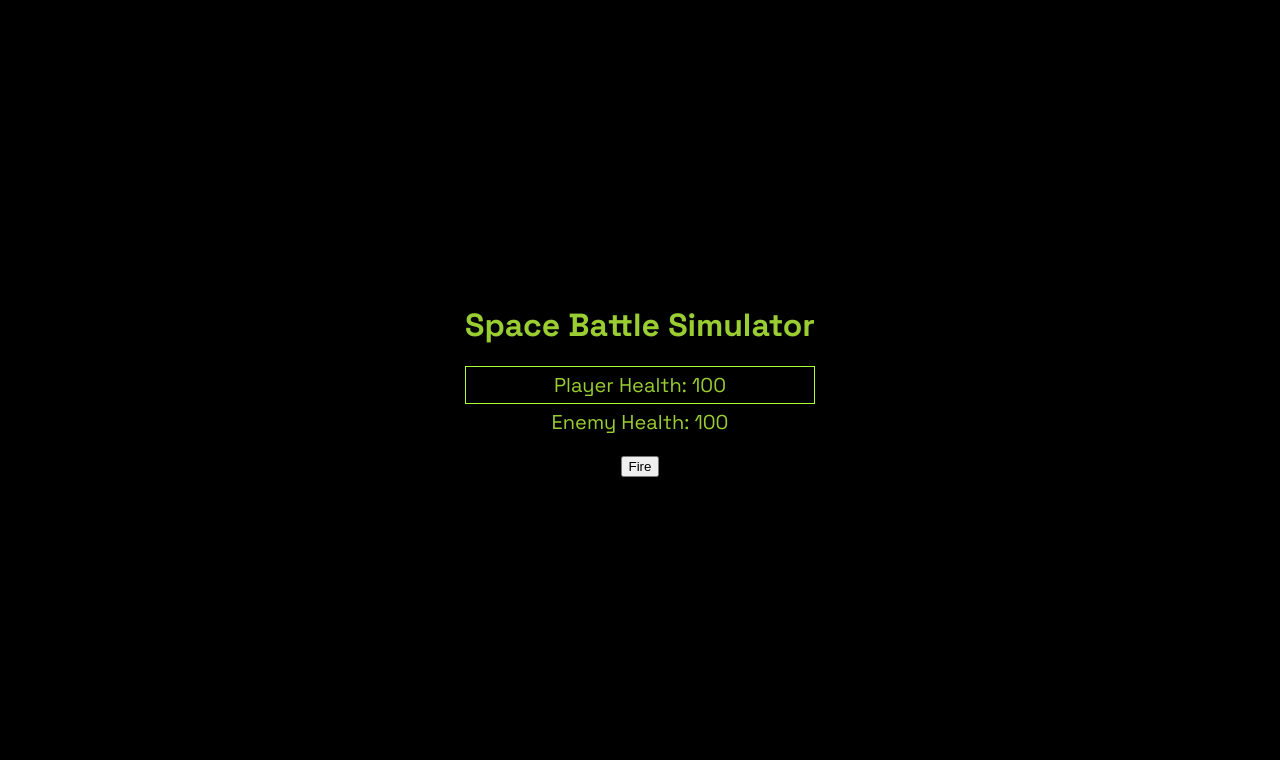
Repository: rmdayberry/Space-Battle
Page: /
The author's editor kept a copy of each file at every save. The page is drawn from the files as they stood at one save, then again after the next save.
The browser window is 1280 px wide. The pictures show the whole page.
The project was rebuilt for these pictures with package versions that can differ from the ones it lists, and the page was loaded fresh each time. Also part of the build but not shown: vite.config.js, src/App.css.

Above is the page before, as saved 2024-08-24 10:48:43.

After the next save:
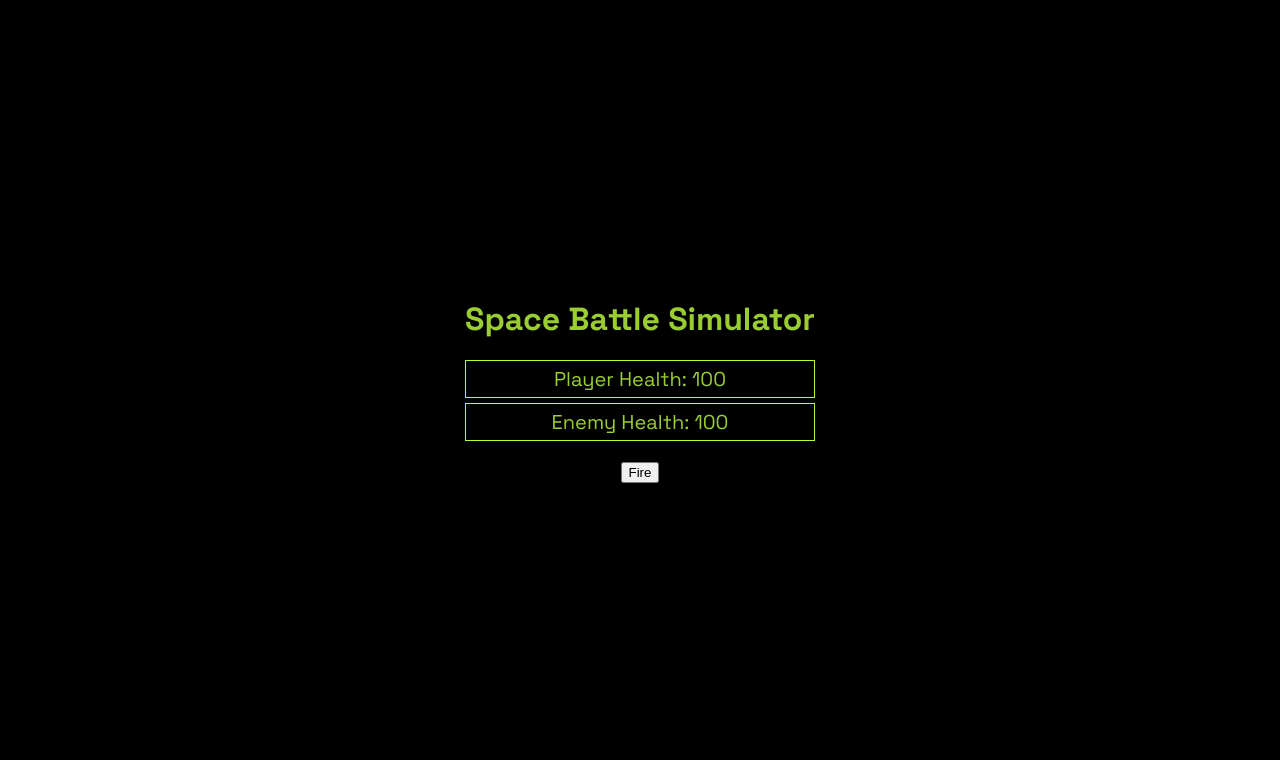
Saved 42 s later.
--- a/src/Health.css
+++ b/src/Health.css
@@ -10,3 +10,8 @@
   padding: 5px;
   margin: 5px;
 }
+.enemy-health {
+  border: 1px solid greenyellow;
+  padding: 5px;
+  margin: 5px;
+}
